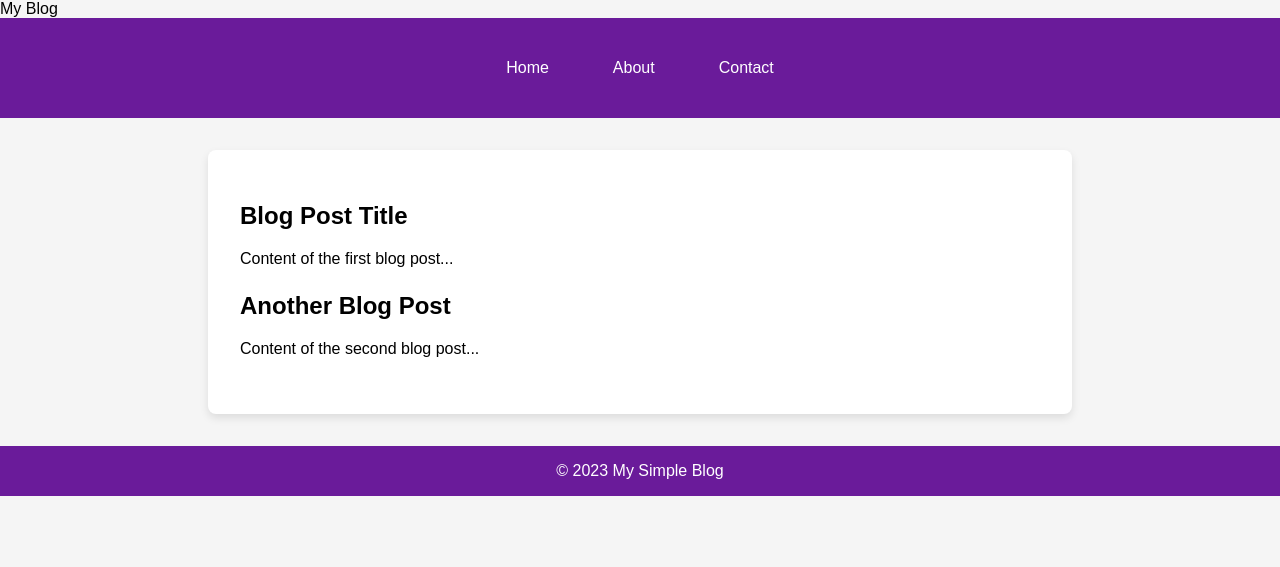
Repository: Femi007-gh/BLOG
Page: index.html
The author's editor kept a copy of each file at every save. The page is drawn from the files as they stood at one save, then again after a run of saves.
The browser window is 1280 px wide. The pictures show the whole page.

Above is the page before, as saved 2025-01-08 09:17:10.

After the next 3 saves:
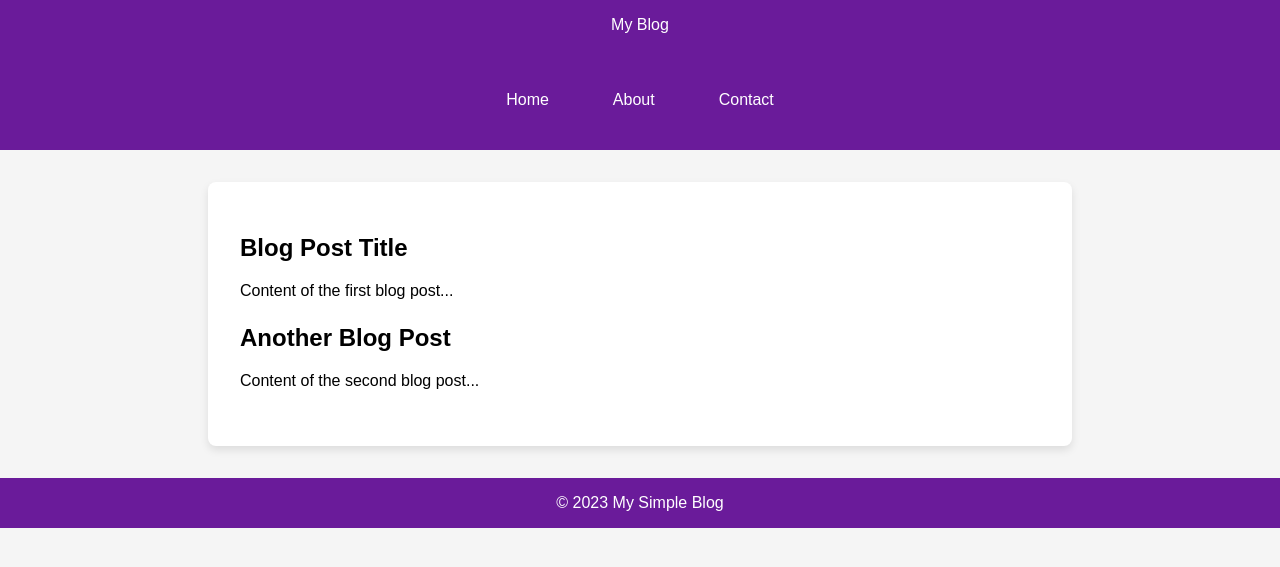
The 3 saves are shown as one change because they came seconds apart.
The last was saved 52 s later.
--- a/style.css
+++ b/style.css
@@ -2,6 +2,13 @@ body {
   margin: 0;
   font-family: Arial, sans-serif;
   background-color: #f5f5f5;
+}
+
+header {
+  background-color: #6a1b9a;
+  color: white;
+  text-align: center;
+  padding: 1rem;
 }
 
 nav {
